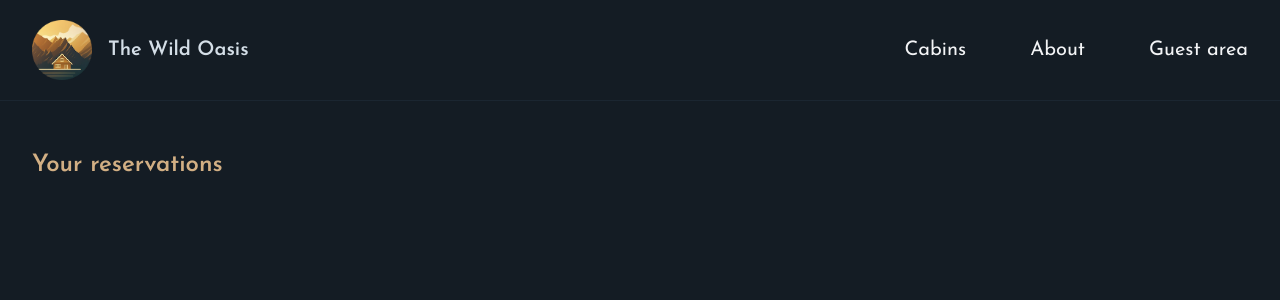
Repository: hyready/Next
Page: /account/profile
These files come from the project's save history. The page is drawn as it stood at one moment and after the next save; the edit follows.
The browser window is 1280 px wide. The pictures show the whole page.
The project was rebuilt for these pictures with package versions that can differ from the ones it lists, and the page was loaded fresh each time. The framework's server and built-in components were replaced by stand-ins that run in the browser. Also part of the build but not shown: next.config.mjs.

Above is the page before, as saved 2025-01-06 15:47:21.

### app/layout.js
import '@/app/_styles/globals.css'
import { Josefin_Sans } from 'next/font/google'
import Header from '@/app/_components/Header'
const josefin = Josefin_Sans({
  subsets: ['latin'],
  display: 'swap'
})
export const metadata = {
  title: {
    template: '%s the world osis',
    default: 'the world next'
  },
  description:
    'Luxurious cabin hotel, located in the heart of the Italian Dolomites, surrounded by beautiful mountains and dark forests'
}

export default function RootLayout({ children }) {
  return (
    <html lang='en'>
      <body
        className={`${josefin.className} antialiased bg-primary-950 text-gray-100 min-h-screen flex flex-col`}
      >
        <Header />
        <div className='flex-1 px-8 py-12'>
          <main className='"max-w-7xl mx-auto '> {children}</main>
        </div>
      </body>
    </html>
  )
}

### app/account/profile/page.js
export default function Page() {
  // CHANGE
  const bookings = []

  return (
    <div>
      <h2 className='font-semibold text-2xl text-accent-400 mb-7'>
        Your reservations
      </h2>
    </div>
  )
}

### app/_components/Navigation.js
import Link from 'next/link'

export default function Navigation() {
  return (
    <nav className='z-10 text-xl'>
      <ul className='flex gap-16 items-center'>
        <li>
          <Link
            href='/cabins'
            className='hover:text-accent-400 transition-colors'
          >
            Cabins
          </Link>
        </li>
        <li>
          <Link
            href='/about'
            className='hover:text-accent-400 transition-colors'
          >
            About
          </Link>
        </li>
        <li>
          <Link
            href='/account'
            className='hover:text-accent-400 transition-colors'
          >
            Guest area
          </Link>
        </li>
      </ul>
    </nav>
  )
}

### app/_components/Logo.js
import Link from 'next/link'
import Image from 'next/image'
function Logo() {
  return (
    <Link
      href='/'
      className='flex items-center gap-4 z-10'
    >
      <Image
        height={60}
        width={60}
        alt='The Wild Oasis logo'
        src='/logo.png'
      />
      <span className='text-xl font-semibold text-primary-100'>
        The Wild Oasis
      </span>
    </Link>
  )
}

export default Logo

### tailwind.config.mjs
/** @type {import('tailwindcss').Config} */
module.exports = {
  content: [
    './pages/**/*.{js,ts,jsx,tsx,mdx}',
    './_components/**/*.{js,ts,jsx,tsx,mdx}',
    './app/**/*.{js,ts,jsx,tsx,mdx}'
  ],
  theme: {
    extend: {
      colors: {
        primary: {
          50: '#E1E8EF',
          100: '#D4DEE7',
          200: '#B7C7D7',
          300: '#99B0C7',
          400: '#7C99B6',
          500: '#5E82A6',
          600: '#4C6B8A',
          700: '#3C546C',
          800: '#2C3D4F',
          900: '#1B2631',
          950: '#141C24'
        },
        accent: {
          50: '#FAF5F0',
          100: '#F4ECE1',
          200: '#E8D6BF',
          300: '#DDC2A2',
          400: '#D2AF84',
          500: '#C69963',
          600: '#B78343',
          700: '#926835',
          800: '#6C4D28',
          900: '#4B351B',
          950: '#382814'
        }
      }
    }
  },
  plugins: []
}

Loaded but not shown: app/_styles/globals.css (common file); app/_components/Header.js (common file)

After the next save:
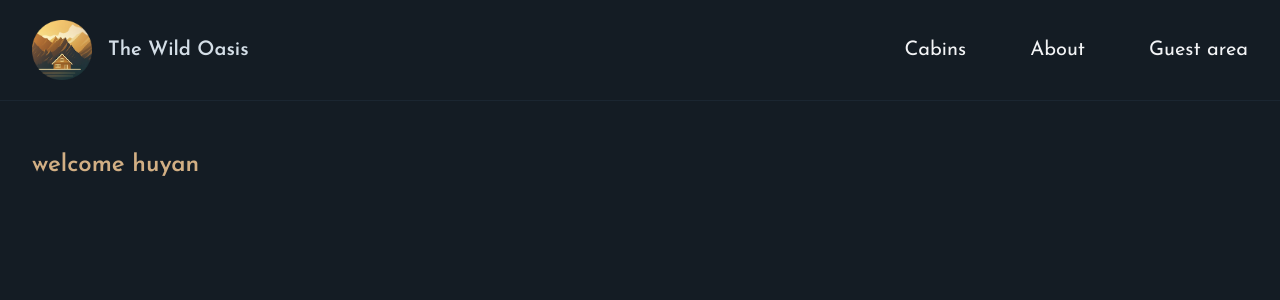
Saved 14 s later.
--- a/app/account/profile/page.js
+++ b/app/account/profile/page.js
@@ -5,7 +5,7 @@ export default function Page() {
   return (
     <div>
       <h2 className='font-semibold text-2xl text-accent-400 mb-7'>
-        Your reservations
+        welcome huyan
       </h2>
     </div>
   )
